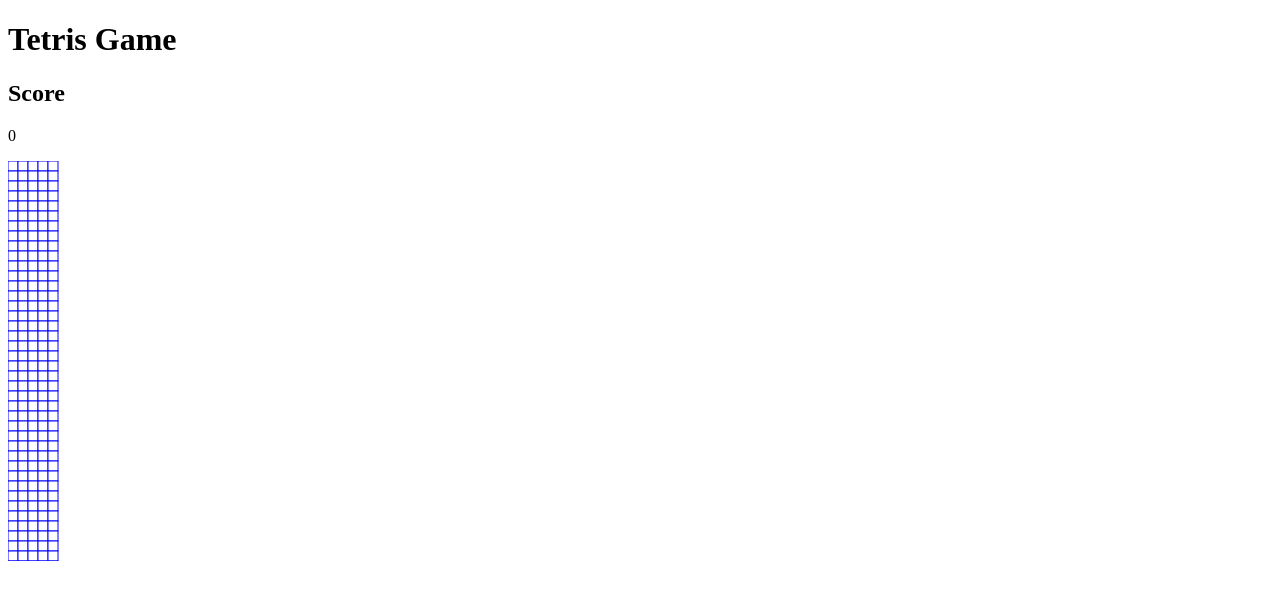
Repository: nlbien22/games
Page: Tetris/index.html
An editor plug-in stored every save of this project. The page is shown before and after the next save, followed by the edit.
The browser window is 1280 px wide. The pictures show the whole page.

Above is the page before, as saved 2024-11-14 21:51:28.

### Tetris/index.html
<!DOCTYPE html>
<html lang="en">
<head>
    <meta charset="UTF-8">
    <meta name="viewport" content="width=device-width, initial-scale=1.0">
    <title>Tetris</title>
</head>
<body>
    <h1>Tetris Game</h1>
    <div class="score-box">
        <h2>Score</h2>
        <p id="score">0</p>
    </div>
    <div class="game">
        <canvas id="tetris" width="240" height="400">
        </canvas>
    </div>
    <script src="script.js"></script>
</body>
</html>

### Tetris/script.js
const canvas = document.getElementById('tetris');
const context = canvas.getContext('2d');

const ROW = 55;
const COL = 5;
const SQ = 10;
const COLOR = 'WHITE';
let board = [];

function drawSquare(x, y, color) {
    context.fillStyle = color;
    context.fillRect(x * SQ, y * SQ, SQ, SQ);
    context.strokeStyle = 'BLUE';
    context.strokeRect(x * SQ, y * SQ, SQ, SQ);
}


for (let r = 0; r < ROW; r++) {
    board[r] = [];
    for (let c = 0; c < COL; c++) {
        board[r][c] = COLOR;
    }
}

function drawBoard() {
    for (let r = 0; r < ROW; r++) {
        for (let c = 0; c < COL; c++) {
            drawSquare(c, r, board[r][c]);
            // break;
        }
    }
}

drawBoard();

After the next save:
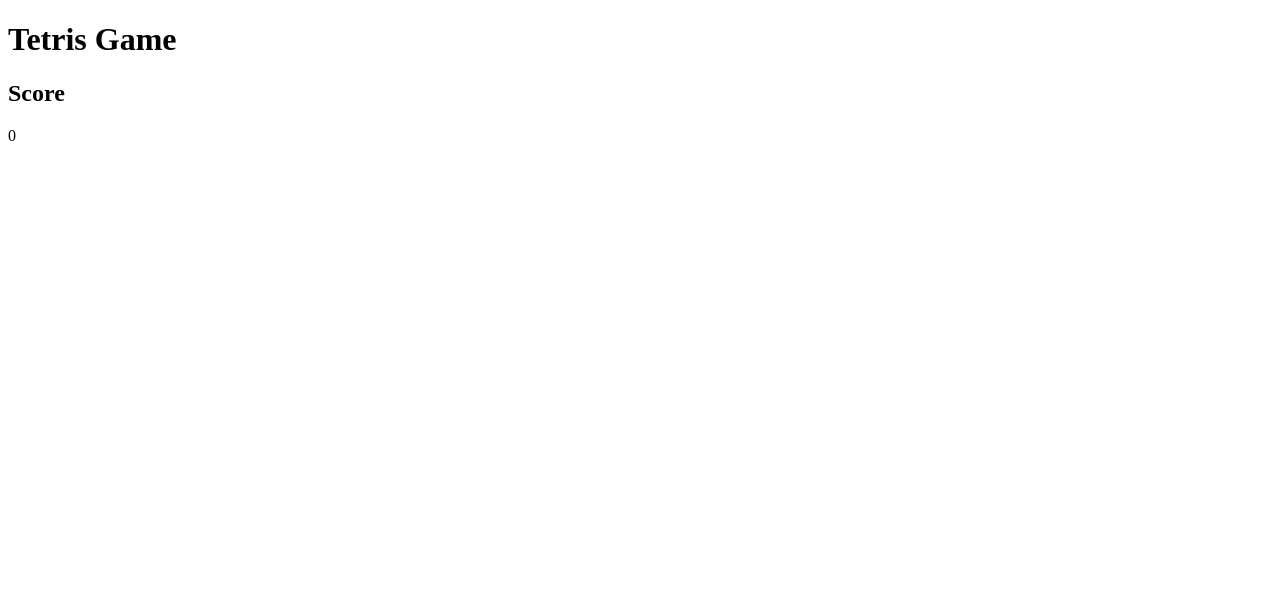
Console error: TypeError: Cannot set properties of null (setting 'fillStyle')
Saved 47 s later.
--- a/Tetris/script.js
+++ b/Tetris/script.js
@@ -1,5 +1,5 @@
 const canvas = document.getElementById('tetris');
-const context = canvas.getContext('2d');
+const context = canvas.getContext('3d');
 
 const ROW = 55;
 const COL = 5;

After the 2 saves that followed:
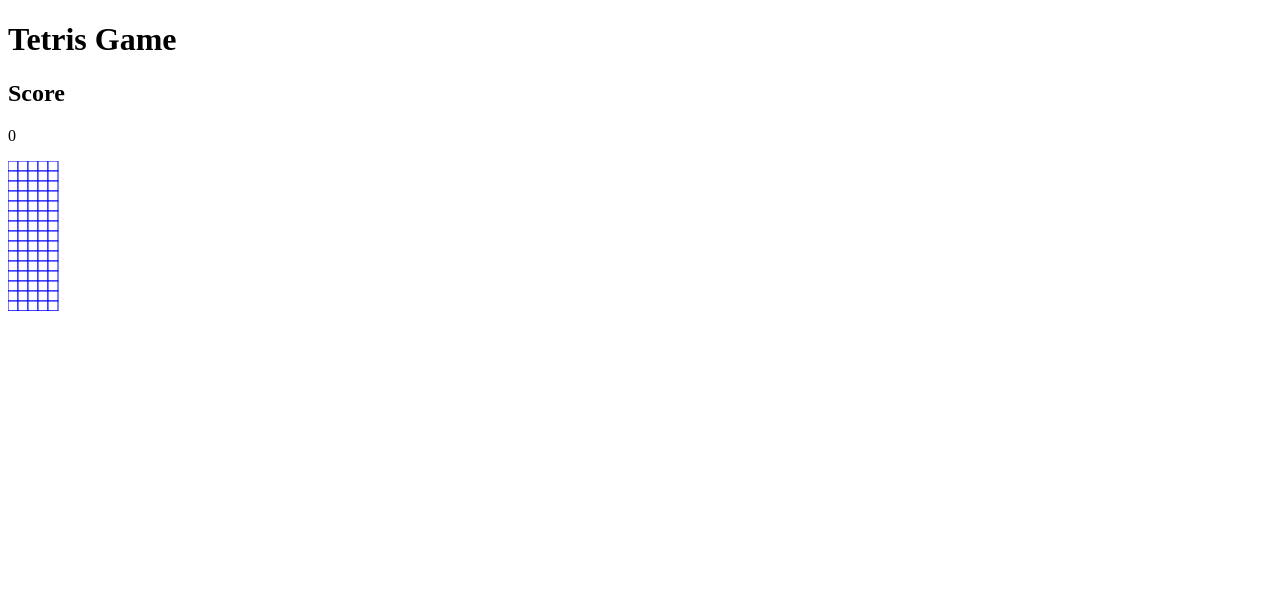
The error is gone.
The 2 saves are shown as one change because 1 left the picture as it was.
The last was saved 75 s later.
--- a/Tetris/index.html
+++ b/Tetris/index.html
@@ -12,7 +12,7 @@
         <p id="score">0</p>
     </div>
     <div class="game">
-        <canvas id="tetris" width="240" height="400">
+        <canvas id="tetris">
         </canvas>
     </div>
     <script src="script.js"></script>
--- a/Tetris/script.js
+++ b/Tetris/script.js
@@ -1,5 +1,5 @@
 const canvas = document.getElementById('tetris');
-const context = canvas.getContext('3d');
+const context = canvas.getContext('2d');
 
 const ROW = 55;
 const COL = 5;
